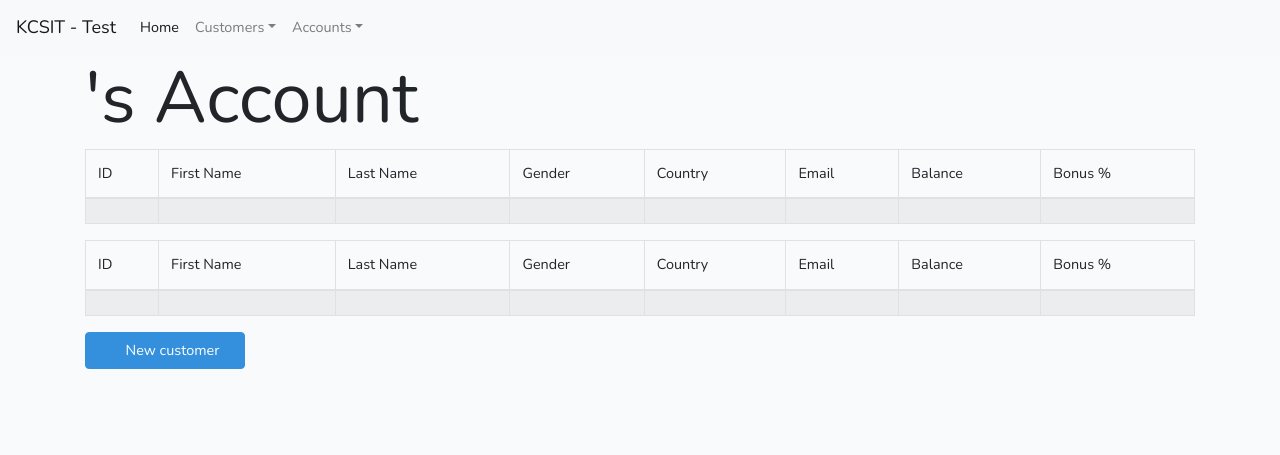
Repository: GilmarBrito/kcsit
Page: resources/views/accounts/index.blade.php
These files come from the project's save history. The page is drawn as it stood at one moment and after the next save; the edit follows.
The browser window is 1280 px wide. The pictures show the whole page.
The page is served by the project's Laravel application, run on PHP 8.4 with Laravel 8. Style sheets and scripts are compiled from the project's sources, by tool versions that may differ from the author's. The template is opened directly, without the code that normally fills it, so the values that code supplies are empty.

Above is the page before, as saved 2020-03-09 02:47:54.
Console error: ReferenceError: $ is not defined

After the next save:
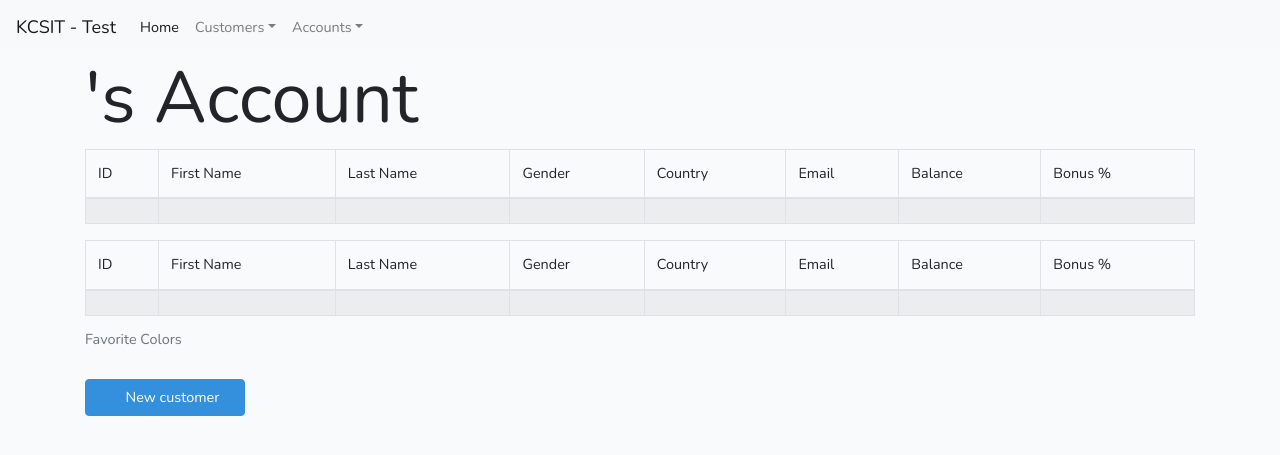
Saved 2 min 0 s later.
--- a/resources/views/accounts/index.blade.php
+++ b/resources/views/accounts/index.blade.php
@@ -38,6 +38,7 @@
     </div>
     <div class="col-sm-12">
         <table class="table table-striped table-bordered">
+        <caption>Favorite Colors</caption>
             <thead>
                 <tr>
                     <td>ID</td>
